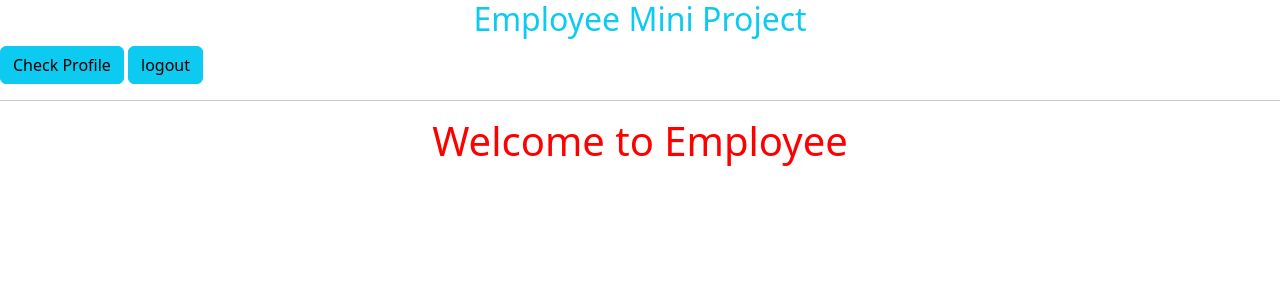
Repository: mca45034/MiniProjectp3
Page: http://localhost/miniproject/welcome.jsp
These files come from the project's save history. The page is drawn as it stood at one moment and after the next save; the edit follows.
The browser window is 1280 px wide. The pictures show the whole page.
The page is served by Tomcat 9.

Above is the page before, as saved 2024-03-03 15:07:29.

After the next save:
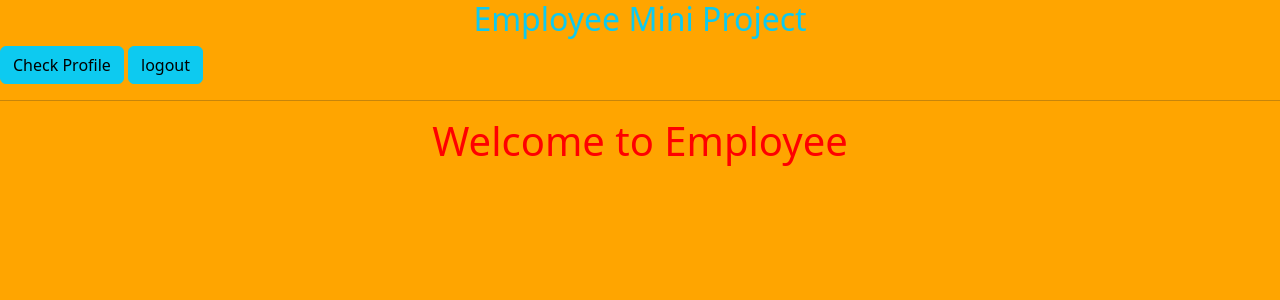
Saved 4 min 49 s later.
--- a/project/miniproject/src/main/webapp/header.jsp
+++ b/project/miniproject/src/main/webapp/header.jsp
@@ -7,9 +7,13 @@
 <title>Insert title here</title>
 <link rel="stylesheet"
 	href="https://cdn.jsdelivr.net/npm/bootstrap@5.2.3/dist/css/bootstrap.min.css">
-
+<style type="text/css">
+.header{
+      background-color: orange;
+    }
+</style>
 </head>
-<body>
+<body class="header">
 	<center>
 <h2 class="text-info">Employee Mini Project</h2>
 </center>
